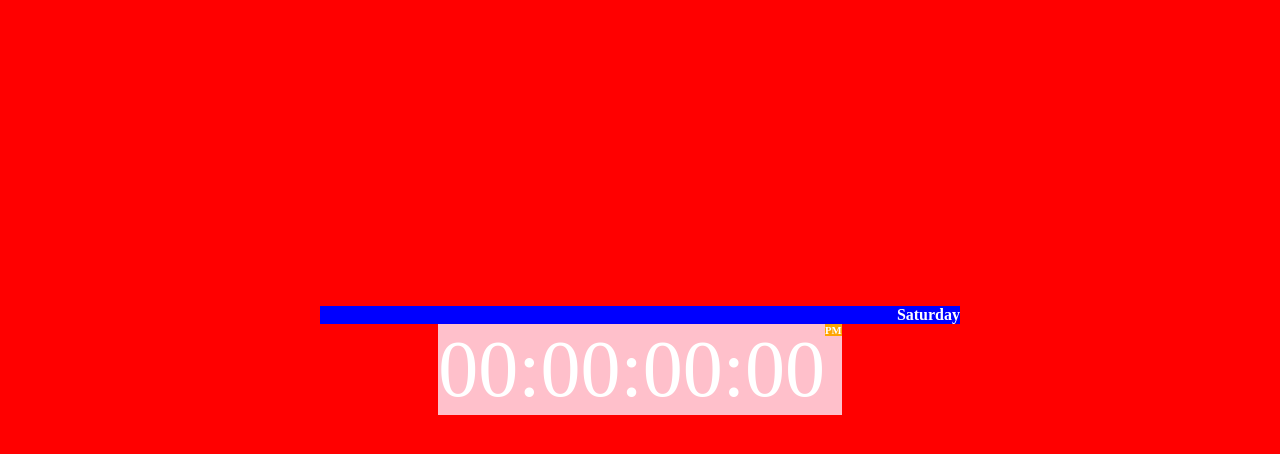
Repository: EguJaredoBoyd/Jared-Digital-Clock
Page: index.html
The author's editor kept a copy of each file at every save. The page is drawn from the files as they stood at one save, then again after the next save.
The browser window is 1280 px wide. The pictures show the whole page.

Above is the page before, as saved 2026-01-03 23:15:25.

### index.html
<!DOCTYPE html>
<html lang="en">
  <head>
    <meta charset="UTF-8" />
    <meta name="viewport" content="width=device-width, initial-scale=1.0" />
    <title>Document</title>
    <link rel="stylesheet" href="./css/styles.css" />
  </head>
  <body>
    <div class="watch-container">
      <div class="watch-container__day">
        <h4>Saturday</h4>
      </div>
      <div class="watch-container__time">
        <p>00:00:00:00</p>
        <h6>PM</h6>
      </div>
    </div>
  </body>
</html>

### css/styles.css
* {
  margin: 0;
  padding: 0;
}

body {
  background-color: black;
  color: white;
}

.watch-container {
  background-color: red;
  display: flex;
  flex-direction: column;
  justify-content: center;
  align-items: center;
  height: 100vh;
  width: 100vw;
}

.watch-container__day {
  background-color: blue;
  width: 50vw;
  display: flex;
  justify-content: end;
}

.watch-container__time {
  background-color: pink;
  display: flex;
}

.watch-container__time p {
  font-size: 5rem;
}

.watch-container__time h6 {
  background-color: orange;
  align-self: first baseline;
}

After the next save:
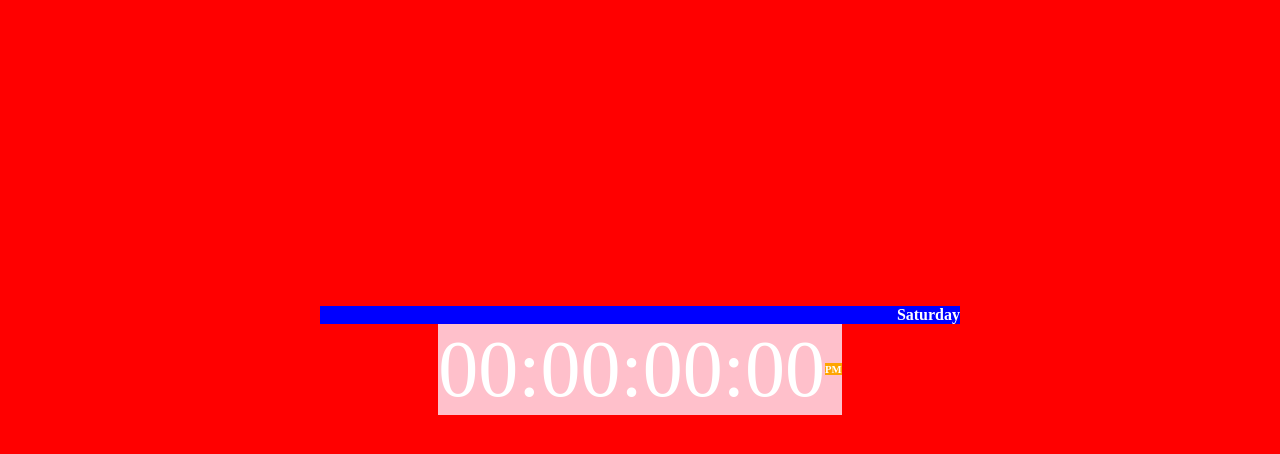
Saved 34 s later.
--- a/css/styles.css
+++ b/css/styles.css
@@ -36,5 +36,5 @@ body {
 
 .watch-container__time h6 {
   background-color: orange;
-  align-self: first baseline;
+  align-self: center;
 }
